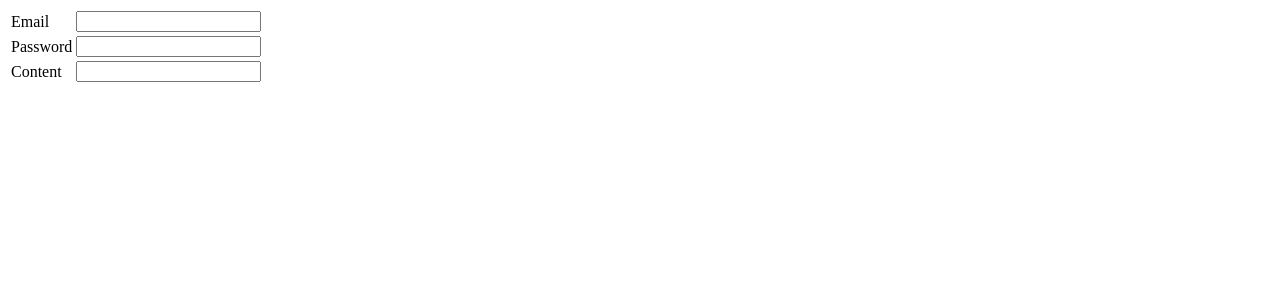
Repository: kdw880301/GuestBook
Page: guest_book/WebContent/write.html
The author's editor kept a copy of each file at every save. The page is drawn from the files as they stood at one save, then again after the next save.
The browser window is 1280 px wide. The pictures show the whole page.

Above is the page before, as saved 2014-07-06 08:23:13.

After the next save:
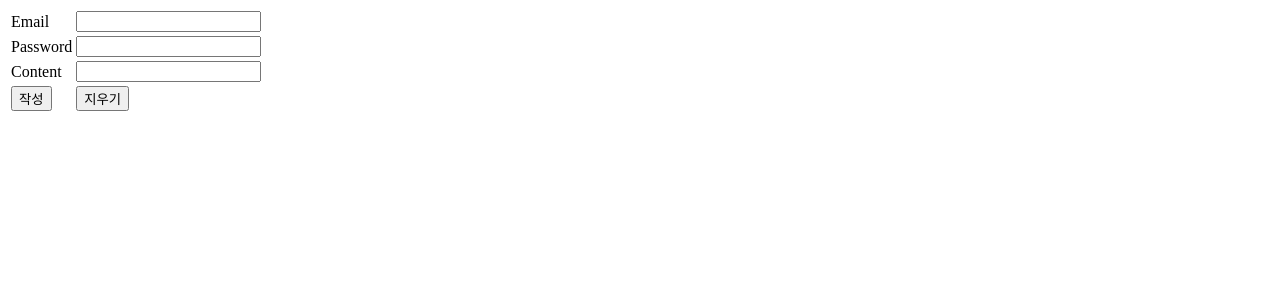
Console error: ReferenceError: documoent is not defined
Saved 108 s later.
--- a/guest_book/WebContent/write.html
+++ b/guest_book/WebContent/write.html
@@ -19,7 +19,14 @@
 <td>Content</td>
 <td><input type="text" name="content" /></td>
 </tr>
+<tr>
+<td><input type="submit" value="작성"</td>
+<td><input type="reset" value="지우기"</td>
+</tr>
 </table>
 </form>
+<script>
+	alert(documoent.forms[0].title.name);
+</script>
 </body>
 </html>
